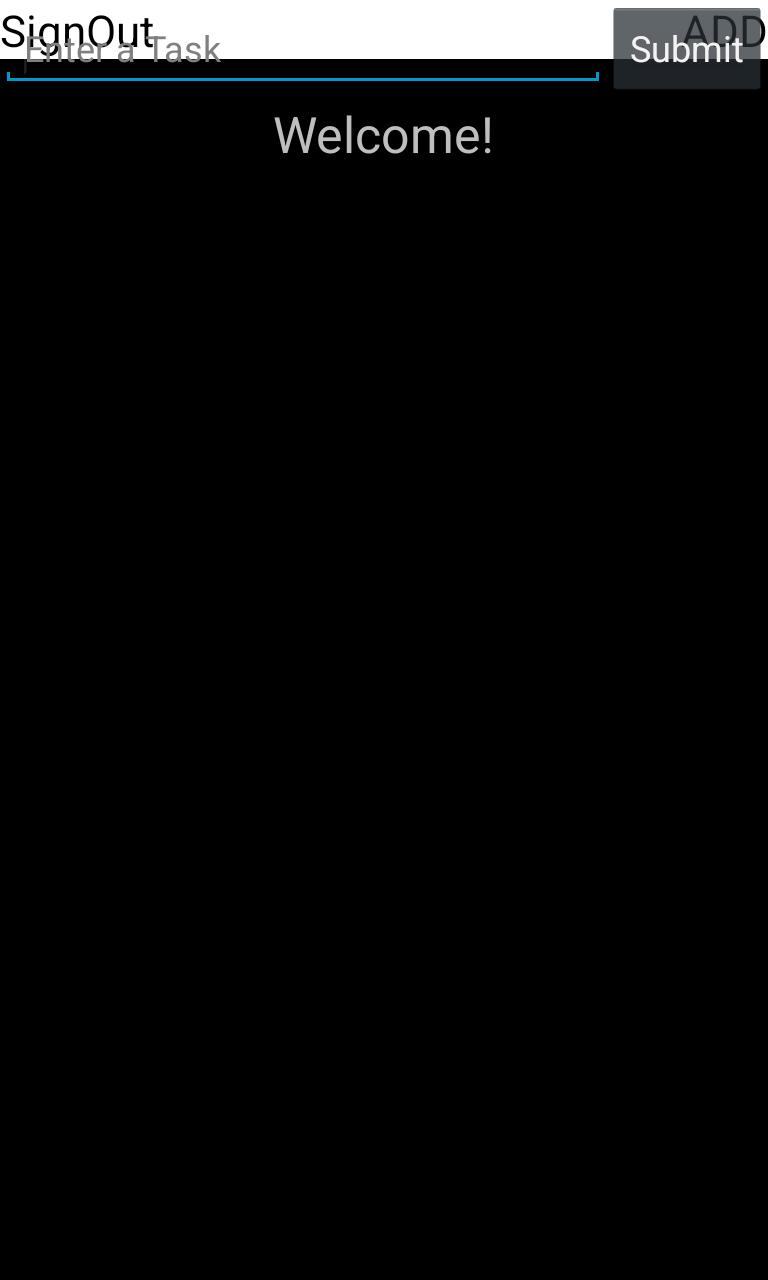
Repository: DinkyDetailsLLC/CPM
Layout: MyHairDid/res/layout/clientlist.xml
These files come from the project's save history. The layout is drawn as it stood at one moment and after the next save; the edit follows.
It is drawn on a 768 x 1280 px phone screen (xhdpi) without system bars, with theme android:Theme.Holo; the app's code is not run. Lists and similar views that code fills are empty.

Above is the layout before, as saved 2014-04-04 01:13:10.

After the next save:
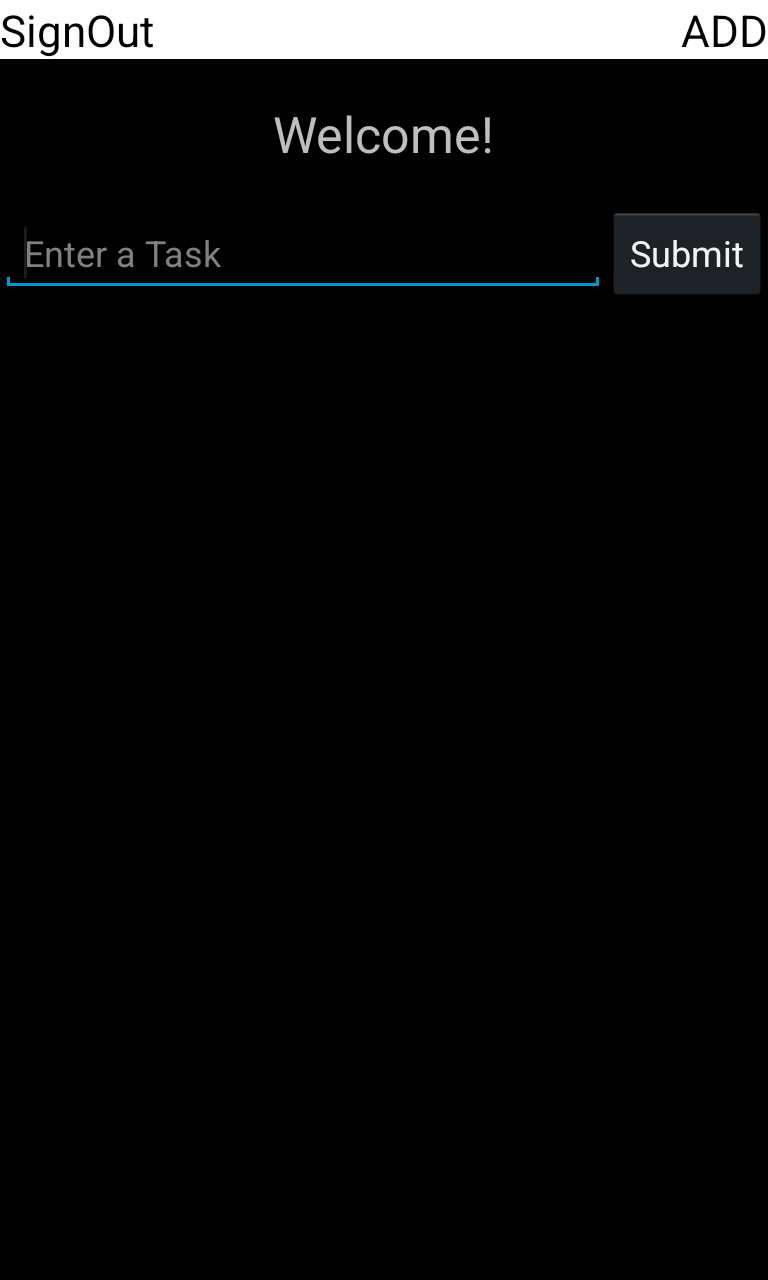
Saved 2 min 34 s later.
--- a/MyHairDid/res/layout/clientlist.xml
+++ b/MyHairDid/res/layout/clientlist.xml
@@ -55,10 +55,12 @@
             android:textAppearance="?android:attr/textAppearanceLarge" />
 
     </RelativeLayout>
+
   <LinearLayout
         android:layout_width="match_parent"
         android:layout_height="wrap_content"
-        android:orientation="horizontal" >
+        android:orientation="horizontal"
+        android:layout_below="@+id/txtuser" >
 
         <EditText
             android:id="@+id/task_input"
